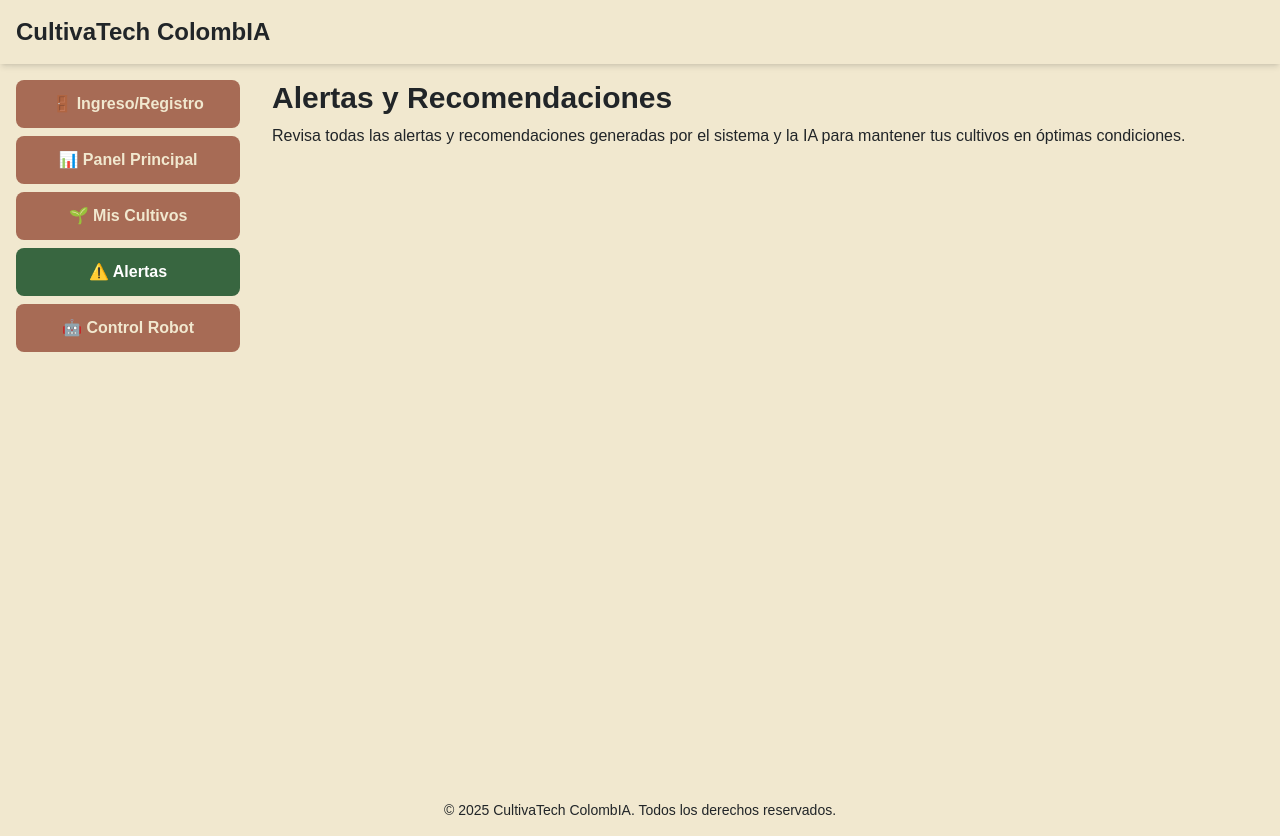
Repository: LukasMoyano/Presentacion-CultivaTechColombIA-ReactPlussNodeJS
Page: / (app in ToPresent/cultivatech-colombia/Frontend/), after clicking the first element matching `nav.cultiva-earth-main > :nth-child(4)`
The author's editor kept a copy of each file at every save. The page is drawn from the files as they stood at one save, then again after the next save.
The browser window is 1280 px wide. The pictures show the whole page.
The project was rebuilt for these pictures with package versions that can differ from the ones it lists, and the page was loaded fresh each time. Also part of the build but not shown: ToPresent/cultivatech-colombia/Frontend/vite.config.js, ToPresent/cultivatech-colombia/Frontend/src/components/Dashboard.jsx, ToPresent/cultivatech-colombia/Frontend/src/components/Cultivos.jsx, ToPresent/cultivatech-colombia/Frontend/src/components/Robot.jsx.

Above is the page before, as saved 2025-05-22 06:27:04.

After the next save:
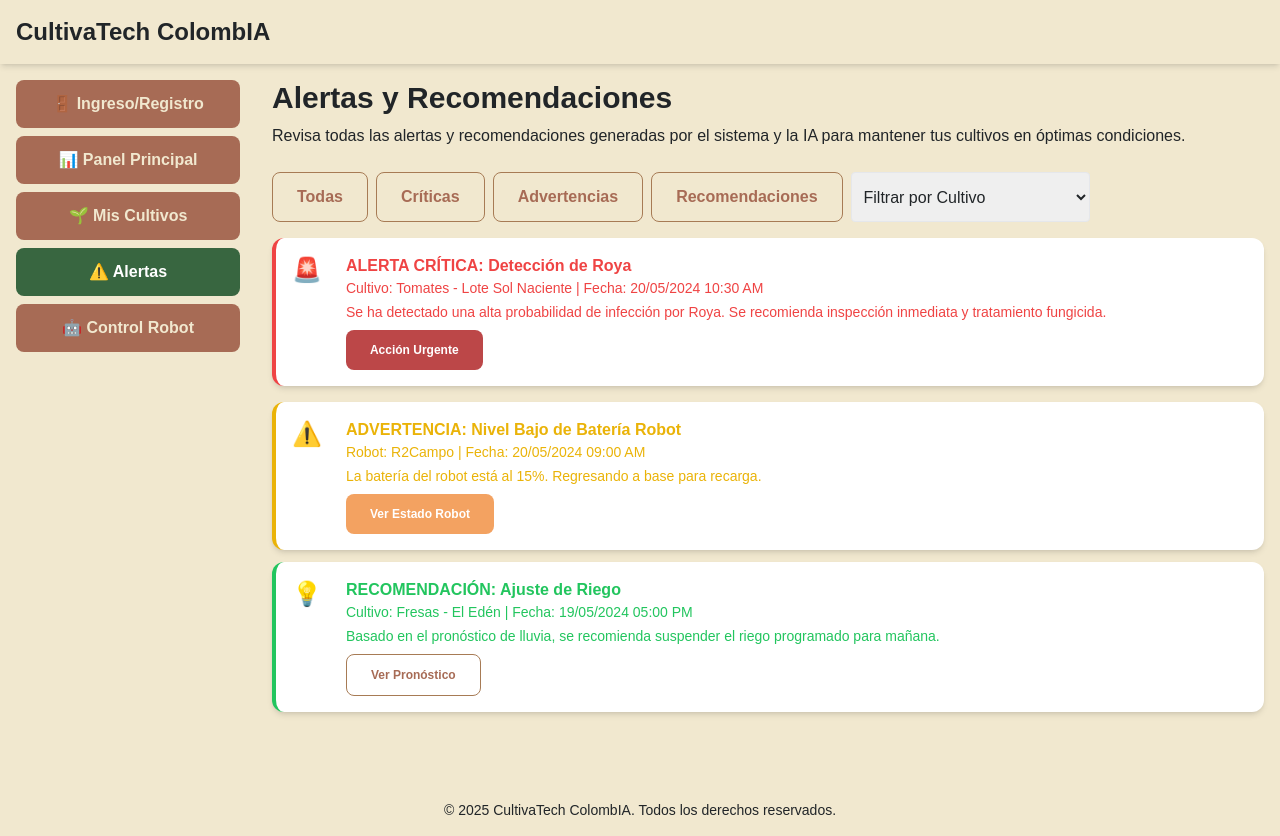
Saved 33 s later.
--- a/ToPresent/cultivatech-colombia/Frontend/src/components/Alertas.jsx
+++ b/ToPresent/cultivatech-colombia/Frontend/src/components/Alertas.jsx
@@ -1,13 +1,98 @@
-import React from "react";
+import React, { useState } from "react";
+
+const alertas = [
+  {
+    tipo: "critica",
+    color: "border-red-500 text-red-500",
+    icon: "🚨",
+    titulo: "ALERTA CRÍTICA: Detección de Roya",
+    desc: "Cultivo: Tomates - Lote Sol Naciente | Fecha: 20/05/2024 10:30 AM",
+    info: "Se ha detectado una alta probabilidad de infección por Roya. Se recomienda inspección inmediata y tratamiento fungicida.",
+    btn: "Acción Urgente",
+    btnClass: "btn btn-critical text-xs mt-2 py-1 px-2",
+  },
+  {
+    tipo: "advertencia",
+    color: "border-yellow-500 text-yellow-500",
+    icon: "⚠️",
+    titulo: "ADVERTENCIA: Nivel Bajo de Batería Robot",
+    desc: "Robot: R2Campo | Fecha: 20/05/2024 09:00 AM",
+    info: "La batería del robot está al 15%. Regresando a base para recarga.",
+    btn: "Ver Estado Robot",
+    btnClass: "btn btn-secondary text-xs mt-2 py-1 px-2",
+  },
+  {
+    tipo: "recomendacion",
+    color: "border-green-500 text-green-500",
+    icon: "💡",
+    titulo: "RECOMENDACIÓN: Ajuste de Riego",
+    desc: "Cultivo: Fresas - El Edén | Fecha: 19/05/2024 05:00 PM",
+    info: "Basado en el pronóstico de lluvia, se recomienda suspender el riego programado para mañana.",
+    btn: "Ver Pronóstico",
+    btnClass: "btn btn-outline text-xs mt-2 py-1 px-2",
+  },
+];
+
+const filtros = [
+  { key: "todas", label: "Todas" },
+  { key: "critica", label: "Críticas" },
+  { key: "advertencia", label: "Advertencias" },
+  { key: "recomendacion", label: "Recomendaciones" },
+];
 
 export default function Alertas() {
+  const [filtro, setFiltro] = useState("todas");
+
+  const alertasFiltradas =
+    filtro === "todas"
+      ? alertas
+      : alertas.filter((a) => a.tipo === filtro);
+
   return (
     <div className="container mx-auto p-4">
-      <h2 className="text-3xl font-bold cultiva-text-main mb-2">Alertas y Recomendaciones</h2>
+      <h2 className="text-3xl font-bold cultiva-text-main mb-2">
+        Alertas y Recomendaciones
+      </h2>
       <p className="mb-6 cultiva-text-secondary">
-        Revisa todas las alertas y recomendaciones generadas por el sistema y la IA para mantener tus cultivos en óptimas condiciones.
+        Revisa todas las alertas y recomendaciones generadas por el sistema y la
+        IA para mantener tus cultivos en óptimas condiciones.
       </p>
-      {/* Aquí puedes migrar el HTML de tu sección de alertas */}
+      <div className="mb-4 flex flex-wrap gap-2">
+        {filtros.map((f) => (
+          <button
+            key={f.key}
+            className={`btn btn-outline filter-btn ${
+              filtro === f.key ? "active" : ""
+            }`}
+            onClick={() => setFiltro(f.key)}
+          >
+            {f.label}
+          </button>
+        ))}
+        <select className="p-2 border rounded cultiva-earth-main cultiva-text-light focus:outline-none focus:border-green-500">
+          <option>Filtrar por Cultivo</option>
+          <option>Tomates - Lote Sol Naciente</option>
+          <option>Fresas - El Edén</option>
+        </select>
+      </div>
+      <div className="space-y-3">
+        {alertasFiltradas.map((a) => (
+          <div
+            key={a.titulo}
+            className={`card flex items-start p-3 border-l-4 ${a.color}`}
+          >
+            <span className={`icon-placeholder text-2xl ${a.color} mr-3`}>
+              {a.icon}
+            </span>
+            <div>
+              <h3 className="font-semibold cultiva-text-main">{a.titulo}</h3>
+              <p className="text-sm cultiva-text-secondary">{a.desc}</p>
+              <p className="text-sm cultiva-text-main mt-1">{a.info}</p>
+              <button className={a.btnClass}>{a.btn}</button>
+            </div>
+          </div>
+        ))}
+      </div>
     </div>
   );
 }
